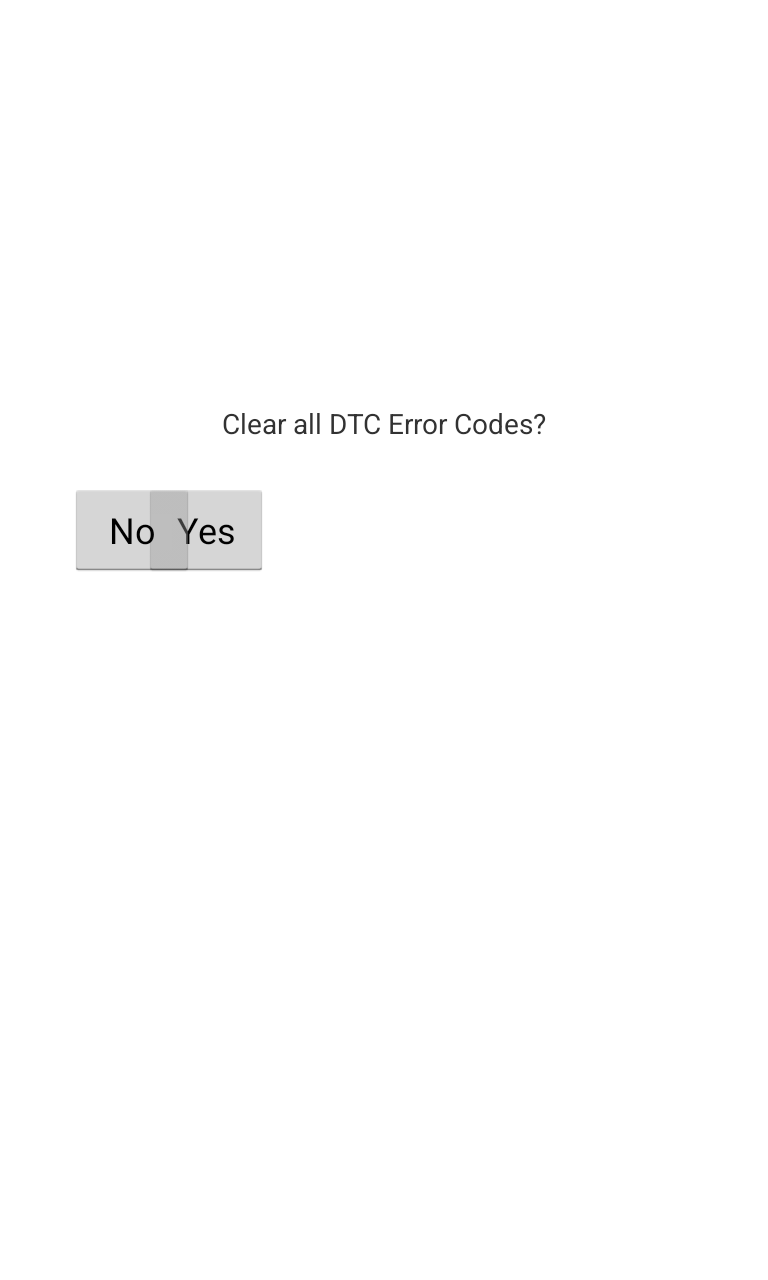
Repository: raul09/Overdrive
Layout: workspace/AutoPerformanceAnalyzer/res/layout/activity_clear_code.xml
These files come from the project's save history. The layout is drawn as it stood at one moment and after the next save; the edit follows.
It is drawn on a 768 x 1280 px phone screen (xhdpi) without system bars, with theme AppTheme; the app's code is not run.

Above is the layout before, as saved 2013-10-01 22:35:22.

### workspace/AutoPerformanceAnalyzer/res/layout/activity_clear_code.xml
<RelativeLayout xmlns:android="http://schemas.android.com/apk/res/android"
    xmlns:tools="http://schemas.android.com/tools"
    android:layout_width="match_parent"
    android:layout_height="match_parent"
    android:paddingBottom="@dimen/activity_vertical_margin"
    android:paddingLeft="@dimen/activity_horizontal_margin"
    android:paddingRight="@dimen/activity_horizontal_margin"
    android:paddingTop="@dimen/activity_vertical_margin"
    tools:context=".ClearCode" >

    <TextView
        android:id="@+id/textView1"
        android:layout_width="wrap_content"
        android:layout_height="wrap_content"
        android:layout_alignParentTop="true"
        android:layout_centerHorizontal="true"
        android:layout_marginTop="186dp"
        android:text="@string/clearAll" />

    <Button
        android:id="@+id/yes"
        android:layout_width="wrap_content"
        android:layout_height="wrap_content"
        android:layout_alignParentLeft="true"
        android:layout_below="@+id/textView1"
        android:layout_marginLeft="55dp"
        android:layout_marginTop="20dp"
        android:text="@string/yes" />

    <Button
        android:id="@+id/no"
        android:layout_width="wrap_content"
        android:layout_height="wrap_content"
        android:layout_alignBaseline="@+id/yes"
        android:layout_alignBottom="@+id/yes"
        android:layout_marginLeft="18dp"
        android:layout_toRightOf="@+id/clearAll"
        android:text="@string/no" />

</RelativeLayout>

### workspace/AutoPerformanceAnalyzer/res/values/strings.xml
<?xml version="1.0" encoding="utf-8"?>
<resources>

    <string name="app_name">Auto Performance Analyzer</string>
    <string name="action_settings">Settings</string>
    <string name="hello_world">Hello world!</string>
    <string name="History">History</string>
    <string name="Next">Next</string>
    <string name="Monitor">Monitor</string>
    <string name="CheckErrors">Check Errors</string>
    <string name="rpms">RPMS</string>
    <string name="mph">MPH</string>
    <string name="Back">Back</string>
    <string name="Run">Run</string>
    <string name="yes">Yes</string>
    <string name="no">No</string>
    <string name="DTC1">Error#1</string>
    <string name="DTC2">Error#2</string>
    <string name="DTC3">Error#3</string>
    <string name="Clear">Clear</string>
    <string name="clearAll">Clear all DTC Error Codes?</string>
    <string name="voltage">Battery Voltage</string>
    <string name="tirePressure">Tire Pressure</string>
    <string name="oilPressure">Oil Pressure</string>

    <string-array name="Make">
        <item>Ford</item>
        <item>Toyota</item>
        <item>Honda</item>
    </string-array>
    <string-array name="Model">
        <item>Mustang</item>
        <item>F150</item>
        <item>350-Z</item>
    </string-array>
    <string-array name="Year">
        <item>2013</item>
        <item>2012</item>
        <item>2011</item>
        <item>2010</item>
        <item>2009</item>
        <item>2008</item>
    </string-array>

    <string name="title_activity_display_mode">DisplayModeActivity</string>
    <string name="title_activity_run">Run</string>
    <string name="title_activity_check_error">CheckError</string>
    <string name="title_activity_clear_code">ClearCode</string>

</resources>

Loaded but not shown: workspace/AutoPerformanceAnalyzer/res/values/styles.xml (common file); workspace/AutoPerformanceAnalyzer/res/values-v11/styles.xml (common file); workspace/AutoPerformanceAnalyzer/res/values-v14/styles.xml (common file); workspace/AutoPerformanceAnalyzer/res/values/dimens.xml (common file)

After the next save:
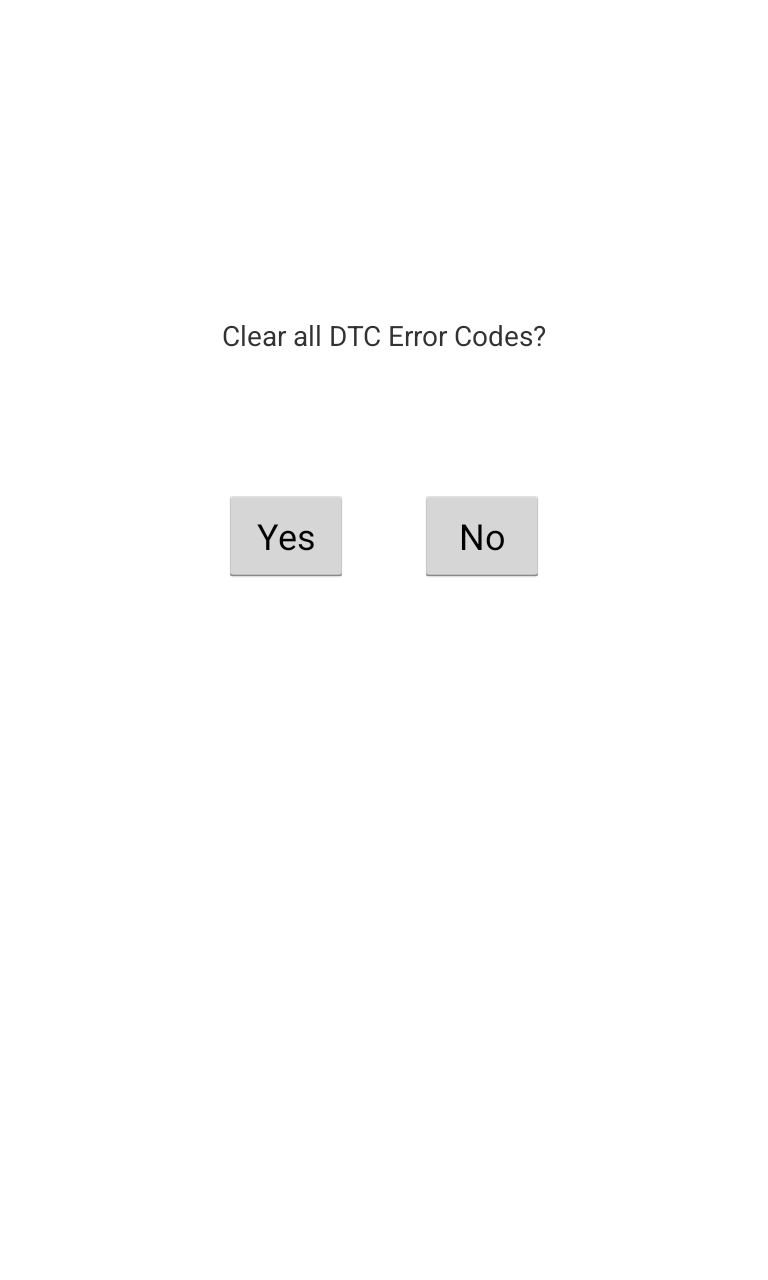
Saved 109 s later.
--- a/workspace/AutoPerformanceAnalyzer/res/layout/activity_clear_code.xml
+++ b/workspace/AutoPerformanceAnalyzer/res/layout/activity_clear_code.xml
@@ -14,17 +14,16 @@
         android:layout_height="wrap_content"
         android:layout_alignParentTop="true"
         android:layout_centerHorizontal="true"
-        android:layout_marginTop="186dp"
+        android:layout_marginTop="142dp"
         android:text="@string/clearAll" />
 
     <Button
         android:id="@+id/yes"
         android:layout_width="wrap_content"
         android:layout_height="wrap_content"
-        android:layout_alignParentLeft="true"
+        android:layout_alignLeft="@+id/textView1"
         android:layout_below="@+id/textView1"
-        android:layout_marginLeft="55dp"
-        android:layout_marginTop="20dp"
+        android:layout_marginTop="67dp"
         android:text="@string/yes" />
 
     <Button
@@ -33,8 +32,7 @@
         android:layout_height="wrap_content"
         android:layout_alignBaseline="@+id/yes"
         android:layout_alignBottom="@+id/yes"
-        android:layout_marginLeft="18dp"
-        android:layout_toRightOf="@+id/clearAll"
+        android:layout_alignRight="@+id/textView1"
         android:text="@string/no" />
 
 </RelativeLayout>
